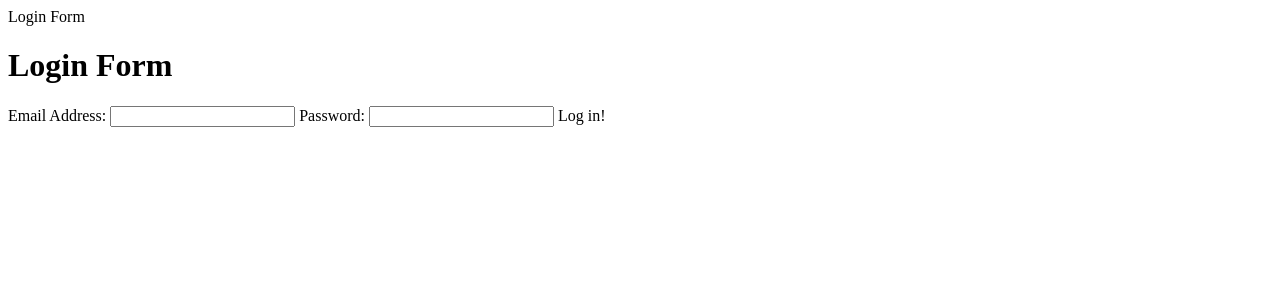
Repository: ryanaanderson0/COSW30
Page: http://localhost/Labwork/Lab2/login.php
The author's editor kept a record of every edit. The page is drawn from the files as they stood at one moment, then again after the next edit.
The browser window is 1280 px wide. The pictures show the whole page.
The page is run by PHP 8.4 with error messages shown; the project is at /var/www/html/.

Above is the page before.

### Labwork/Lab2/login.php
<!DOCTYPE html>
<html>
    <head>
        <meta charset="uft-8"
        <title>Login Form</title>
    </head>
    <body>
        <h1>Login Form</h1>
        <form>
            <label for="email">Email Address:</label>
            <input type="email" name="email" id="email" required>

            <label for="password">Password:</label>
            <input type="password" name="password" id="password" required>

            <buttons>Log in!</buttons>

        </form>
    </body>
</html>
<?php

?>

After the next edit:
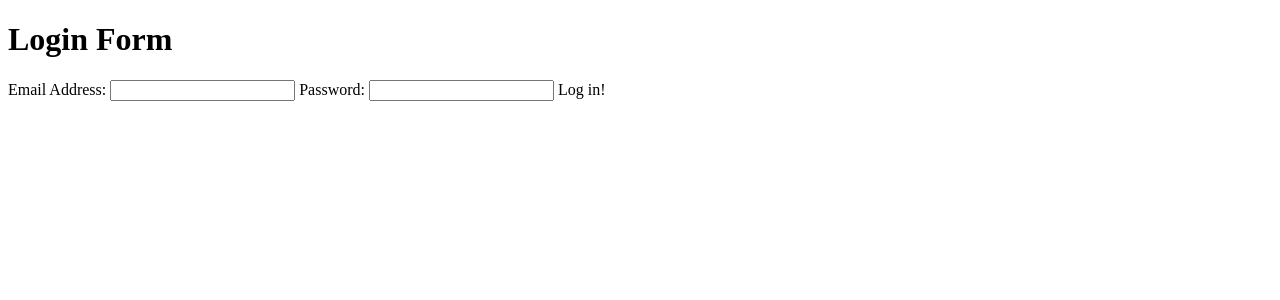
The edit:
--- a/Labwork/Lab2/login.php
+++ b/Labwork/Lab2/login.php
@@ -1,7 +1,7 @@
 <!DOCTYPE html>
 <html>
     <head>
-        <meta charset="uft-8"
+        <meta charset="uft-8">
         <title>Login Form</title>
     </head>
     <body>
